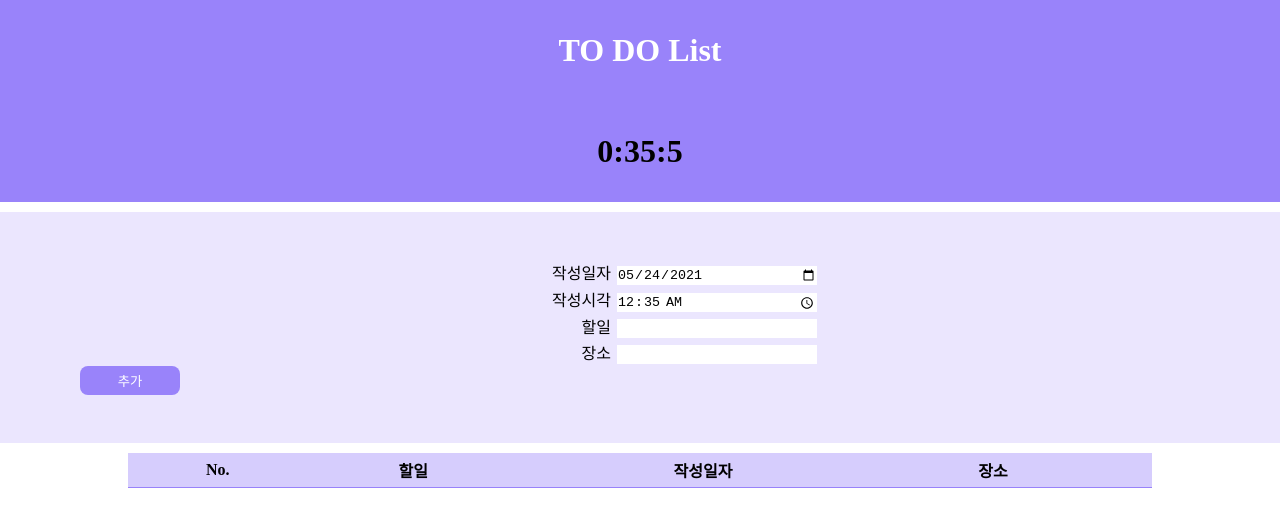
Repository: soyeon-noh/TodoList_Project
Page: http://localhost/Server_PR_TodoList/
These files come from the project's save history. The page is drawn as it stood at one moment and after the next save; the edit follows.
The browser window is 1280 px wide. The pictures show the whole page.
The page is served by Tomcat 9. Queries for data that is not in the repository find no rows.

Above is the page before, as saved 2021-05-25 04:28:26.

After the next save:
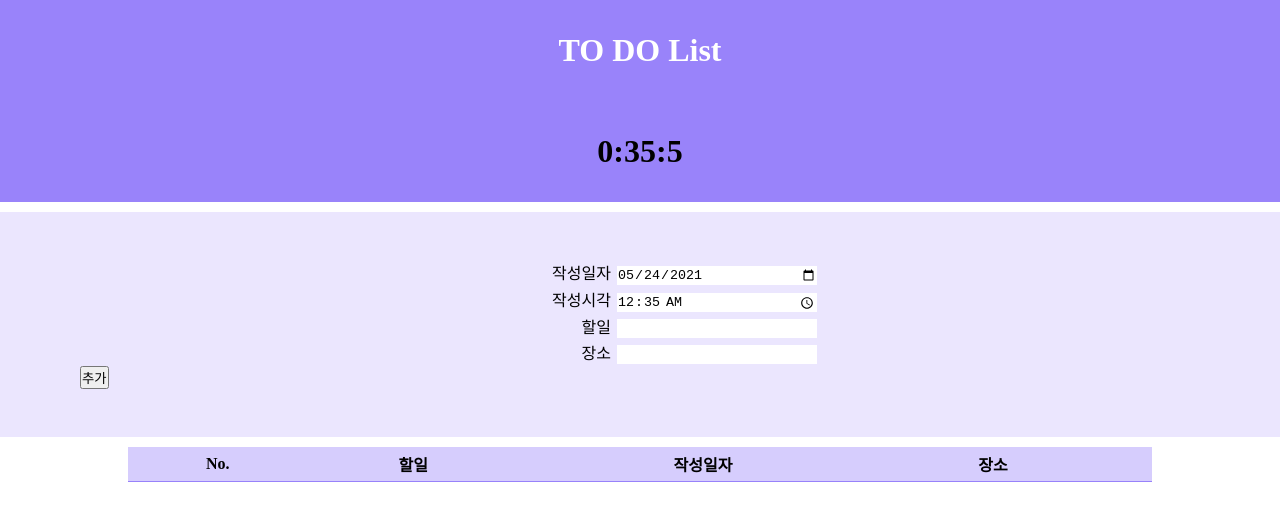
Saved 74 s later.
--- a/Server_PR_TodoList/src/main/webapp/static/css/home.css
+++ b/Server_PR_TodoList/src/main/webapp/static/css/home.css
@@ -39,7 +39,7 @@ form.v1 input{
 	margin: 2px;
 }
 
-form.v1 button{
+form.v1 div button{
 		outline: 0;
 		border: 0;
 		width: 100px;
